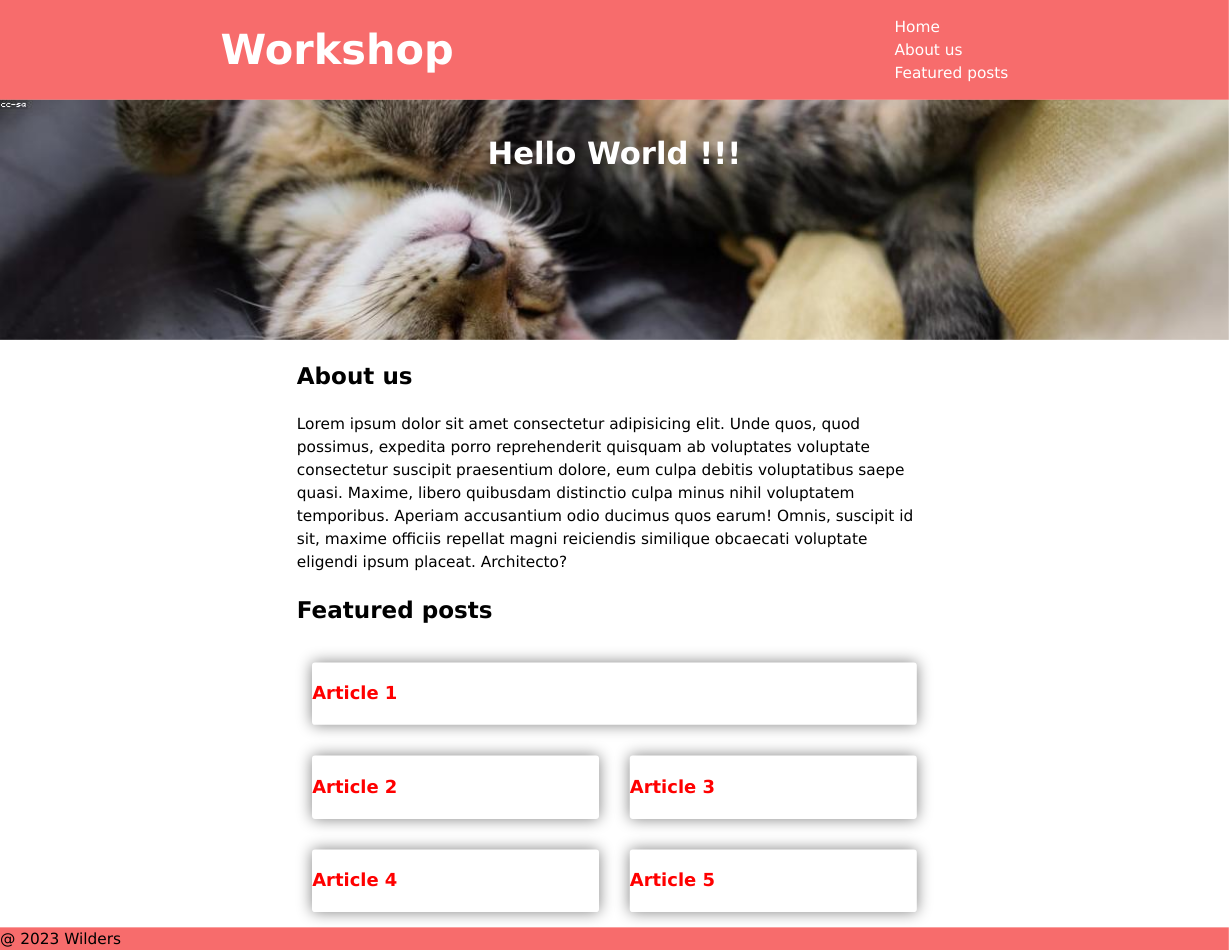
Repository: PPaillard/cssresponsive
Page: index.html
The author's editor kept a copy of each file at every save. The page is drawn from the files as they stood at one save, then again after the next save.
The browser window is 1280 px wide. The pictures show the whole page, at 96% of full size.

Above is the page before, as saved 2023-03-03 14:39:59.

### index.html
<!DOCTYPE html>
<html lang="en">
  <head>
    <meta charset="UTF-8" />
    <meta http-equiv="X-UA-Compatible" content="IE=edge" />
    <meta name="viewport" content="width=device-width, initial-scale=1.0" />
    <title>Document</title>
    <link rel="stylesheet" href="style.css" />
  </head>
  <body>
    <nav>
      <h2>Workshop</h2>
      <ul>
        <li><a href="#home">Home</a></li>
        <li><a href="#aboutus">About us</a></li>
        <li><a href="#featuredposts">Featured posts</a></li>
      </ul>
    </nav>
    <header>
      <h1>Hello World !!!</h1>
    </header>
    <main>
      <section>
        <h2>About us</h2>
        <p>
          Lorem ipsum dolor sit amet consectetur adipisicing elit. Unde quos,
          quod possimus, expedita porro reprehenderit quisquam ab voluptates
          voluptate consectetur suscipit praesentium dolore, eum culpa debitis
          voluptatibus saepe quasi. Maxime, libero quibusdam distinctio culpa
          minus nihil voluptatem temporibus. Aperiam accusantium odio ducimus
          quos earum! Omnis, suscipit id sit, maxime officiis repellat magni
          reiciendis similique obcaecati voluptate eligendi ipsum placeat.
          Architecto?
        </p>
      </section>
      <section id="featured-posts">
        <h2>Featured posts</h2>
        <div>
          <article><h1>Article 1</h1></article>
          <article><h1>Article 2</h1></article>
          <article><h1>Article 3</h1></article>
          <article><h1>Article 4</h1></article>
          <article><h1>Article 5</h1></article>
        </div>
      </section>
    </main>
    <footer>@ 2023 Wilders</footer>
  </body>
</html>

### style.css
* {
  box-sizing: border-box;
}

body {
  margin: 0;
  line-height: 1.5;
  font-family: Verdana, Geneva, Tahoma, sans-serif;
}

/* Navigation */
nav {
  display: flex;
  justify-content: space-around;
  align-items: center;
  background-color: #f76c6c;
  color: #ffffff;
}

nav > h2 {
  margin: 0;
  font-size: clamp(2rem, 6vh, 4rem);
}

nav ul {
  margin: 0;
  padding: 1rem 0;
}

nav ul li {
  list-style: none;
}

nav ul li a {
  color: white;
  text-decoration: none;
}
/* fin de navigation */
/* header */

header {
  min-height: 250px;
  text-align: center;
  background-image: url("65535_52214085447_ec2bf04bd7_h_1200_300_nofilter.jpg");
  background-repeat: no-repeat;
  background-size: cover;
}
header h1 {
  color: white;
  margin: 0;
  padding-top: 2rem;
}

section {
  margin: 0 auto;
  max-width: 65ch;
}

section article {
  display: inline-block;
  color: red;
  margin: 1rem;
  border-radius: 0.2rem;
  box-shadow: 0 0 1rem grey;
}

#featured-posts > div {
  display: grid;
  grid-template-columns: 1fr 1fr;
}

#featured-posts > div > article:first-of-type {
  grid-column: 1/3;
}

footer {
  background-color: #f76c6c;
}

After the next save:
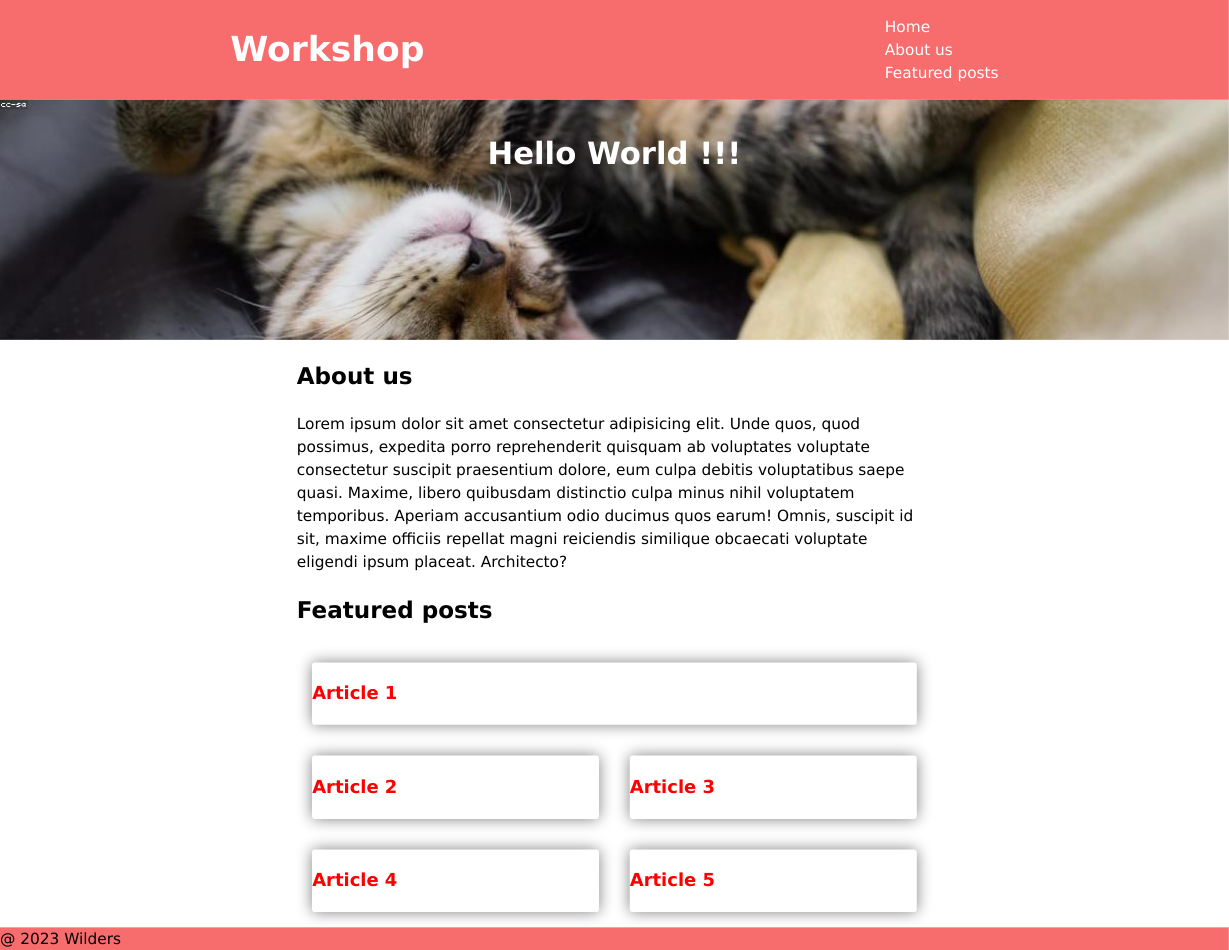
Saved 7 s later.
--- a/style.css
+++ b/style.css
@@ -19,7 +19,7 @@ nav {
 
 nav > h2 {
   margin: 0;
-  font-size: clamp(2rem, 6vh, 4rem);
+  font-size: clamp(2rem, 5vh, 4rem);
 }
 
 nav ul {
